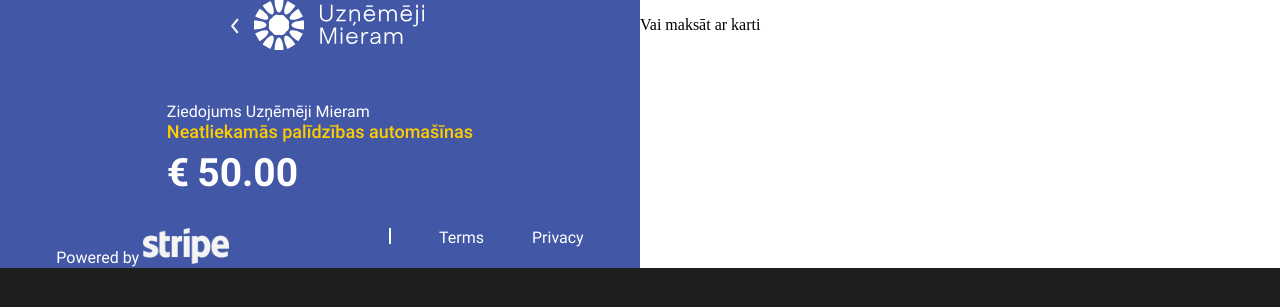
Repository: KatrinaPa/projekts_jul
Page: stripe.html
The author's editor kept a copy of each file at every save. The page is drawn from the files as they stood at one save, then again after the next save.
The browser window is 1280 px wide. The pictures show the whole page.

Above is the page before, as saved 2023-07-31 15:14:11.

### stripe.html
<!DOCTYPE html>
<html lang="en">

<head>
    <meta charset="UTF-8">
    <meta http-equiv="X-UA-Compatible" content="IE=edge">
    <meta name="viewport" content="width=device-width, initial-scale=1.0">
    <title>Stripe</title>
    <link rel="preconnect" href="https://fonts.googleapis.com">
    <link rel="preconnect" href="https://fonts.gstatic.com" crossorigin>
    <link href="https://fonts.googleapis.com/css2?family=Poppins:wght@300;400;500;600;700&display=swap"
        rel="stylesheet">
    <link rel="preconnect" href="https://fonts.googleapis.com">
    <link rel="preconnect" href="https://fonts.gstatic.com" crossorigin>
    <link href="https://fonts.googleapis.com/css2?family=Poppins:wght@300;400;500;600&display=swap" rel="stylesheet">
    <link rel="stylesheet" href="./assets/main.css" />
    <link rel="stylesheet" href="./assets/stripe-styles.css" />
    <link rel="stylesheet" href="https://cdnjs.cloudflare.com/ajax/libs/font-awesome/6.2.0/css/all.min.css" />
</head>

<body>

    <main>
        <div class="panel-2">
            <section class="section_left">
                <div class="wrapper_left">
                    <div class="logo-back"><a href="sakums.html">
                            <button class="back-btn">
                                <svg xmlns="http://www.w3.org/2000/svg" width="26" height="26" viewBox="0 0 26 26"
                                    fill="none">
                                    <path
                                        d="M15.2444 20.2912C15.0888 20.2917 14.935 20.2574 14.7944 20.1907C14.6538 20.124 14.53 20.0266 14.4319 19.9058L9.40066 13.6558C9.24745 13.4694 9.1637 13.2356 9.1637 12.9943C9.1637 12.753 9.24745 12.5192 9.40066 12.3328L14.609 6.08285C14.7858 5.87012 15.0399 5.73635 15.3153 5.71095C15.5908 5.68556 15.865 5.77062 16.0777 5.94743C16.2905 6.12424 16.4242 6.37832 16.4496 6.65376C16.475 6.9292 16.39 7.20345 16.2132 7.41618L11.5569 12.9995L16.0569 18.5828C16.1843 18.7357 16.2652 18.9219 16.2901 19.1194C16.315 19.3168 16.2827 19.5173 16.1973 19.697C16.1118 19.8767 15.9766 20.0282 15.8078 20.1335C15.6389 20.2388 15.4434 20.2935 15.2444 20.2912Z"
                                        fill="#F4F4F4" />
                                </svg>
                            </button>
                            <div>
                                <svg xmlns="http://www.w3.org/2000/svg" width="171" height="50" viewBox="0 0 171 50"
                                    fill="none">
                                    <g clip-path="url(#clip0_2158_26380)">
                                        <path
                                            d="M65.9784 4.85254H67.6786V15.2232C67.6786 18.0717 69.3776 19.9967 72.2509 19.9967C75.1242 19.9967 76.8491 18.0717 76.8491 15.2232V4.85254H78.5234V15.2232C78.5234 19.046 76.1737 21.5204 72.2509 21.5204C68.3281 21.5204 65.9784 19.046 65.9784 15.2232V4.85254Z"
                                            fill="white" />
                                        <path
                                            d="M82.2426 20.2979L89.414 11.0768H82.4674V9.57666H91.6637V10.5015L84.4911 19.7484H91.6637V21.2474H82.2426V20.2979Z"
                                            fill="white" />
                                        <path
                                            d="M95.5594 9.5766H97.2338V11.4003H97.2832C98.1339 10.0261 99.4576 9.30127 101.157 9.30127C104.205 9.30127 105.981 11.3262 105.981 14.1995V21.2474H104.305V14.4254C104.305 12.3016 103.231 10.8262 101.157 10.8262C99.0822 10.8262 97.2338 12.4499 97.2338 14.4995V21.2474H95.5594V9.5766Z"
                                            fill="white" />
                                        <path
                                            d="M119.495 14.1489C119.271 12.2745 117.996 10.7755 115.471 10.7755C113.297 10.7755 111.923 12.1745 111.523 14.1489H119.495ZM115.471 9.30122C119.319 9.30122 121.194 11.9004 121.194 15.6737H111.398C111.523 18.0976 112.997 20.0213 115.521 20.0213C117.595 20.0213 118.845 19.0718 119.445 17.4728H121.119C120.47 20.0472 118.62 21.5203 115.522 21.5203C111.973 21.5203 109.749 18.8459 109.749 15.3984C109.749 11.9509 111.899 9.30005 115.472 9.30005"
                                            fill="white" />
                                        <path d="M118.96 6.81044H111.986V5.45264H118.96V6.81044Z" fill="white" />
                                        <path d="M155.785 6.81044H148.812V5.45264H155.785V6.81044Z" fill="white" />
                                        <path
                                            d="M101.995 22.1465L99.9081 25.7186L98.7021 25.0927L100.554 21.5205L101.995 22.1465Z"
                                            fill="white" />
                                        <path
                                            d="M124.964 9.5766H126.638V11.4003H126.689C127.54 10.0261 128.762 9.30127 130.238 9.30127C132.112 9.30127 133.511 10.2508 134.236 11.751C135.136 10.1261 136.51 9.30127 138.26 9.30127C140.96 9.30127 142.833 11.2003 142.833 14.1995V21.2474H141.134V14.4254C141.134 12.2016 140.009 10.8262 138.26 10.8262C136.187 10.8262 134.762 12.4499 134.762 14.4995V21.2474H133.087V14.4254C133.087 12.3016 131.989 10.8262 130.239 10.8262C128.065 10.8262 126.64 12.4499 126.64 14.4995V21.2474H124.965V9.5766H124.964Z"
                                            fill="white" />
                                        <path
                                            d="M156.322 14.1489C156.097 12.2745 154.823 10.7755 152.298 10.7755C150.123 10.7755 148.749 12.1745 148.349 14.1489H156.322ZM152.298 9.30122C156.145 9.30122 158.021 11.9004 158.021 15.6737H148.224C148.349 18.0976 149.823 20.0213 152.348 20.0213C154.422 20.0213 155.671 19.0718 156.271 17.4728H157.946C157.296 20.0472 155.448 21.5203 152.348 21.5203C148.8 21.5203 146.575 18.8459 146.575 15.3984C146.575 11.9509 148.724 9.30005 152.298 9.30005"
                                            fill="white" />
                                        <path
                                            d="M162.19 4.85254H163.965V7.72699H162.19V4.85254ZM158.867 26.0197V24.3948C159.616 24.7443 160.192 24.8949 160.666 24.8949C161.641 24.8949 162.24 24.4443 162.24 22.8947V9.57545H163.915V22.6205C163.915 25.1949 162.79 26.4445 160.917 26.4445C160.417 26.4445 159.842 26.3939 158.867 26.0197Z"
                                            fill="white" />
                                        <path
                                            d="M168.361 4.85254H170.035V7.727H168.361V4.85254ZM168.336 9.57545H170.011V21.2462H168.336V9.57545Z"
                                            fill="white" />
                                        <path
                                            d="M66.3171 27.4387H68.5668L74.2145 41.5333H74.264L79.9129 27.4387H82.1614V43.8324H80.5623V30.0131H80.5118L74.9652 43.8324H73.5156L68.0173 30.0131H67.9432V43.8324H66.3183V27.4387H66.3171Z"
                                            fill="white" />
                                        <path
                                            d="M86.729 27.4387H88.4033V30.3132H86.729V27.4387ZM86.7043 32.1628H88.3786V43.8324H86.7043V32.1628Z"
                                            fill="white" />
                                        <path
                                            d="M101.996 36.7363C101.771 34.8619 100.497 33.3629 97.9715 33.3629C95.7972 33.3629 94.4229 34.7619 94.0228 36.7363H101.996ZM97.9715 31.8875C101.819 31.8875 103.695 34.4866 103.695 38.26H93.8981C94.0228 40.685 95.4971 42.6075 98.0221 42.6075C100.095 42.6075 101.346 41.658 101.945 40.059H103.619C102.97 42.6334 101.121 44.1077 98.0221 44.1077C94.4735 44.1077 92.2497 41.4333 92.2497 37.9858C92.2497 34.5384 94.3994 31.8875 97.9727 31.8875"
                                            fill="white" />
                                        <path
                                            d="M107.466 32.1628H109.14V33.9865H109.215C110.189 32.4628 111.264 31.8875 112.764 31.8875C113.313 31.8875 113.864 31.9628 114.213 32.1134V33.7371C113.789 33.5123 113.214 33.4382 112.664 33.4382C110.891 33.4382 109.14 35.2125 109.14 37.3857V43.8336H107.466V32.164V32.1628Z"
                                            fill="white" />
                                        <path
                                            d="M120.308 42.658C122.632 42.658 124.731 40.9084 124.731 38.634V37.8845L120.482 38.534C118.808 38.7835 117.959 39.4082 117.959 40.6331C117.959 41.7579 118.908 42.6569 120.308 42.6569M120.159 37.1339L124.731 36.435C124.68 34.41 123.407 33.3605 121.582 33.3605C119.758 33.3605 118.483 34.2112 118.434 35.9843H116.81C116.81 33.3605 118.808 31.885 121.582 31.885C124.357 31.885 126.331 33.484 126.331 36.2585V43.8311H124.808V41.6567H124.732C123.857 42.9557 122.384 44.1053 120.309 44.1053C117.935 44.1053 116.335 42.6051 116.335 40.6319C116.335 38.5587 117.61 37.508 120.159 37.1339Z"
                                            fill="white" />
                                        <path
                                            d="M130.551 32.1628H132.225V33.9865H132.274C133.125 32.6122 134.349 31.8875 135.823 31.8875C137.697 31.8875 139.096 32.8382 139.821 34.3372C140.721 32.7123 142.096 31.8875 143.845 31.8875C146.546 31.8875 148.419 33.7865 148.419 36.7857V43.8336H146.719V37.0116C146.719 34.7878 145.594 33.4123 143.844 33.4123C141.771 33.4123 140.346 35.0361 140.346 37.0857V43.8336H138.672V37.0116C138.672 34.8878 137.573 33.4123 135.823 33.4123C133.649 33.4123 132.224 35.0361 132.224 37.0857V43.8336H130.55V32.164L130.551 32.1628Z"
                                            fill="white" />
                                        <path
                                            d="M20.5411 49.9991C20.5411 43.0853 22.7132 37.48 24.9993 37.48C27.2855 37.48 29.4575 43.0853 29.4575 49.9991H20.5411Z"
                                            fill="white" />
                                        <path
                                            d="M29.4575 -0.000976562C29.4575 6.91395 27.2855 12.5181 24.9993 12.5181C22.7132 12.5181 20.5411 6.91395 20.5411 -0.000976562H29.4575Z"
                                            fill="white" />
                                        <path
                                            d="M50 29.4566C43.0851 29.4566 37.4809 27.2846 37.4809 24.9985C37.4809 22.7123 43.0863 20.5403 50 20.5403V29.4566Z"
                                            fill="white" />
                                        <path
                                            d="M0 20.5403C6.91375 20.5403 12.5191 22.7123 12.5191 24.9985C12.5191 27.2846 6.91375 29.4566 0 29.4566V20.5403Z"
                                            fill="white" />
                                        <path
                                            d="M44.4158 41.3663C38.4292 37.907 34.6629 33.223 35.8066 31.2427C36.9502 29.2625 42.8897 30.1861 48.8763 33.6454L44.4158 41.3663Z"
                                            fill="white" />
                                        <path
                                            d="M5.58426 8.63184C11.5708 12.0899 15.3372 16.7751 14.1935 18.7554C13.0498 20.7356 7.11032 19.812 1.12256 16.3527L5.58308 8.63184H5.58426Z"
                                            fill="white" />
                                        <path
                                            d="M41.366 5.58308C37.9068 11.5697 33.2227 15.336 31.2424 14.1923C29.2634 13.0487 30.1858 7.10915 33.6451 1.12256L41.366 5.58308Z"
                                            fill="white" />
                                        <path
                                            d="M8.63281 44.4148C12.092 38.4282 16.7761 34.6619 18.7564 35.8056C20.7366 36.9492 19.8129 42.8888 16.3537 48.8765L8.63281 44.416V44.4148Z"
                                            fill="white" />
                                        <path
                                            d="M33.5934 48.8942C30.1471 42.8994 29.2376 36.9575 31.219 35.8186C33.2004 34.6796 37.8774 38.4554 41.3237 44.4502L33.5934 48.8942Z"
                                            fill="white" />
                                        <path
                                            d="M16.4056 1.10278C19.8518 7.09761 20.7614 13.0395 18.7799 14.1784C16.7974 15.3186 12.1215 11.5417 8.67523 5.54684L16.4056 1.10278Z"
                                            fill="white" />
                                        <path
                                            d="M48.8951 16.4044C42.9014 19.8507 36.9596 20.7602 35.8206 18.7788C34.6805 16.7962 38.4574 12.1204 44.4522 8.67407L48.8963 16.4044H48.8951Z"
                                            fill="white" />
                                        <path
                                            d="M1.10364 33.5925C7.09846 30.1462 13.0392 29.2367 14.1793 31.2181C15.3182 33.2006 11.5425 37.8765 5.54769 41.3228L1.10364 33.5925Z"
                                            fill="white" />
                                        <path
                                            d="M18.1364 22.104C19.233 24.7984 22.3051 26.0951 25.0007 24.9985C27.6963 23.9019 28.9906 20.8297 27.8951 18.1353C26.7985 15.4409 23.7264 14.1442 21.0308 15.2408C18.3364 16.3363 17.0409 19.4096 18.1364 22.104Z"
                                            fill="white" />
                                        <path
                                            d="M22.1049 31.8628C23.2015 34.5572 26.2736 35.8526 28.9681 34.7572C31.6625 33.6606 32.9591 30.5885 31.8625 27.8929C30.7671 25.1984 27.6938 23.9018 24.9994 24.9984C22.3049 26.095 21.0083 29.1671 22.1049 31.8628Z"
                                            fill="white" />
                                        <path
                                            d="M22.1051 31.8627C24.7995 30.7661 26.0949 27.694 24.9995 24.9983C23.9029 22.3039 20.8308 21.0085 18.1352 22.1039C15.4407 23.2005 14.1453 26.2726 15.2407 28.9682C16.3373 31.6627 19.4094 32.9581 22.1051 31.8627Z"
                                            fill="white" />
                                        <path
                                            d="M31.8626 27.8929C34.557 26.7974 35.8536 23.7241 34.757 21.0285C33.6604 18.3329 30.5883 17.0386 27.8939 18.1341C25.1994 19.2295 23.9028 22.3028 24.9994 24.9972C26.0948 27.6917 29.1681 28.9883 31.8626 27.8917"
                                            fill="white" />
                                        <path
                                            d="M18.0998 27.8047C20.7801 28.9354 23.8699 27.6788 24.9994 24.9984C26.1302 22.3181 24.8735 19.2284 22.192 18.0988C19.5117 16.9681 16.422 18.2247 15.2924 20.9062C14.1617 23.5865 15.4183 26.6763 18.0998 27.8058"
                                            fill="white" />
                                        <path
                                            d="M27.8055 31.8992C30.4859 33.0299 33.5756 31.7733 34.7052 29.0929C35.8347 26.4126 34.5793 23.3229 31.899 22.1933C29.2187 21.0626 26.1289 22.3192 24.9993 24.9995C23.8686 27.6798 25.1252 30.7696 27.8055 31.8992Z"
                                            fill="white" />
                                        <path
                                            d="M27.8056 31.8993C28.9364 29.219 27.6798 26.1292 24.9994 24.9997C22.3191 23.869 19.2293 25.1256 18.0998 27.8059C16.9691 30.4862 18.2257 33.576 20.906 34.7067C23.5863 35.8375 26.6761 34.5808 27.8056 31.8993Z"
                                            fill="white" />
                                        <path
                                            d="M31.9002 22.1923C33.0309 19.512 31.7743 16.4222 29.0928 15.2927C26.4113 14.1631 23.3227 15.4186 22.1932 18.0989C21.0624 20.7792 22.3191 23.869 25.0006 24.9985C27.6809 26.1292 30.7706 24.8726 31.9002 22.1923Z"
                                            fill="white" />
                                    </g>
                                    <defs>
                                        <clipPath id="clip0_2158_26380">
                                            <rect width="170.035" height="50" fill="white"
                                                transform="translate(0 -0.000976562)" />
                                        </clipPath>
                                    </defs>
                                </svg>
                            </div>
                        </a></div>
                    <div class="donate-amount">
                        <p>Ziedojums Uzņēmēji Mieram<br>
                            <span>Neatliekamās palīdzības automašīnas</span>
                        </p>
                        <div>
                            <h2>€</h2>
                            <h2>50.00</h2>
                        </div>
                    </div>
                    <div class="terms-privacy">
                        <div>Powered by <img src="assets/images/stripe_wht.png" alt="Stripe" id="stripe_logo"></div>
                        <div class="centred-divid"></div>
                        <div>Terms</div>
                        <div>Privacy</div>
                    </div>
                </div>
            </section>

            <section id="wrapper_right" class="section_right">
                <div class="x">
                    <p>Vai maksāt ar karti</p>
                </div>
            </section>

        </div>
    </main>


</body>

</html>

### assets/stripe-styles.css
.panel-2 {
    display: flex;
    flex-direction: row;
    justify-content: center;
}

.section_left {
    width: 50%;
    background-color: #4257A6;
    font-family: Roboto;
    color: #ffffff;
}

.wrapper_left {
    display: flex;
    flex-direction: column;
    align-items: center;
}

.logo-back {
    display: flex;
    justify-content: space-between;
}

.logo-back a {
    display: flex;
}

.back-btn {
    border: 0;
    background: transparent;
    cursor: pointer;
}

.back-btn img {
    width: 45%;
    padding-top: 0.1rem;
}

.donate-amount p {
    font-size: 16px;
    font-weight: 400;
    margin: 3rem 0 0 0;
}

.donate-amount p span {
    font-size: 18px;
    font-weight: 500;
    color: #FFCC00;
}

.donate-amount div {
    display: flex;
    gap: 0.5rem;
}

.donate-amount h2 {
    font-size: 39px;
    font-weight: 600;
    margin-top: 0.5rem;
}

.terms-privacy {
    display: flex;
    gap: 3rem;
}

.terms-privacy:first-child {
    display: flex;
    justify-content: flex-start;
    align-items: center;
    gap: 1rem;
    width: 10rem;
}

.terms-privacy img {
    width: 30%;
}

.centred-divid {
    width: 2px;
    height: 1rem;
    background-color: #ffffff;
}



.section_right {
    width: 50%;
    background-color: #ffffff;
}

Loaded but not shown: assets/main.css (1433 lines, source omitted)

After the next save:
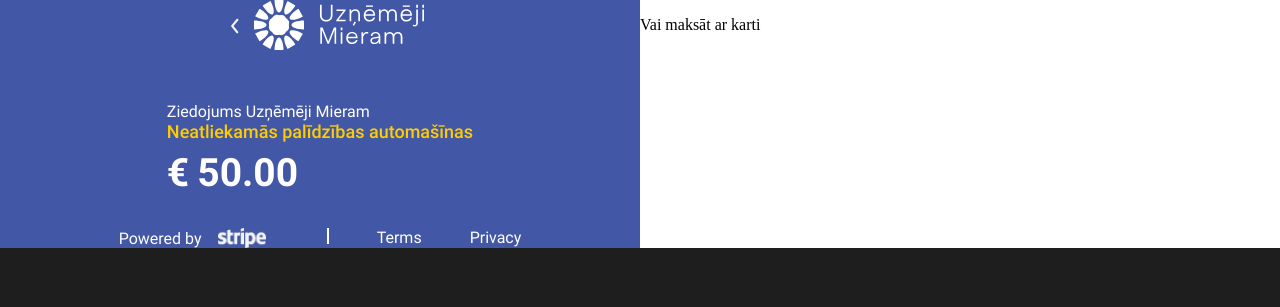
Saved 13 s later.
--- a/assets/stripe-styles.css
+++ b/assets/stripe-styles.css
@@ -65,7 +65,7 @@
     gap: 3rem;
 }
 
-.terms-privacy:first-child {
+.terms-privacy div:first-child {
     display: flex;
     justify-content: flex-start;
     align-items: center;
